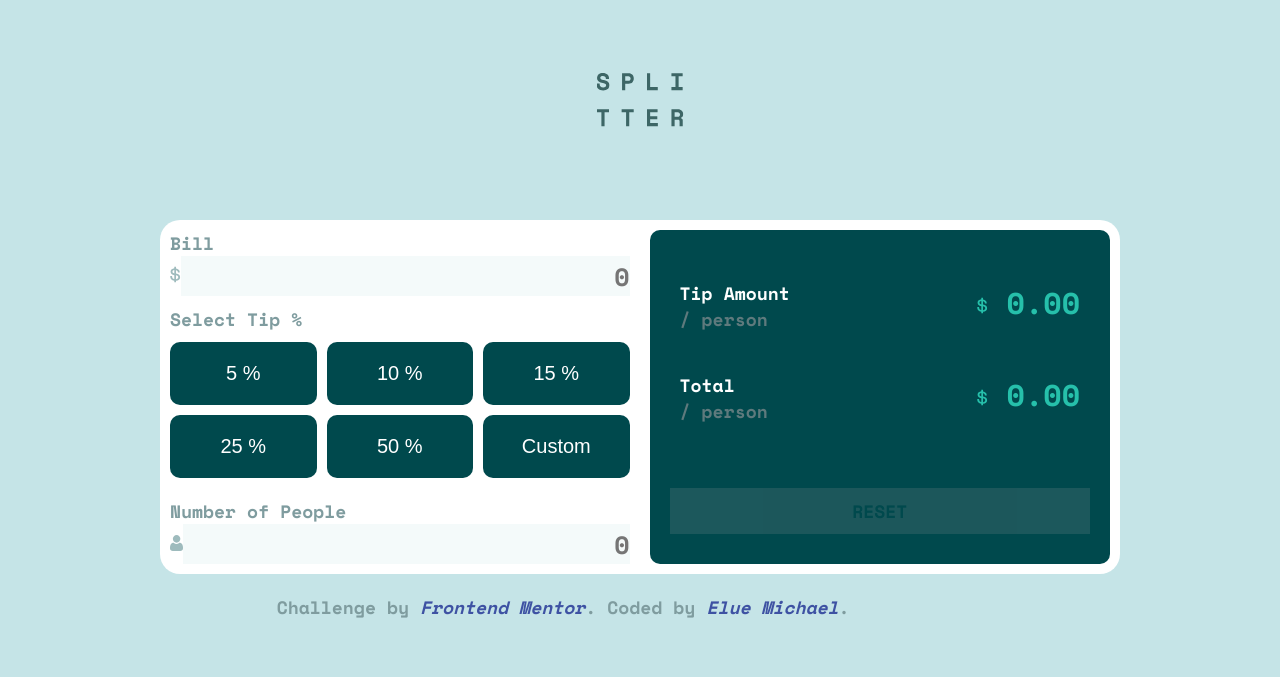
Repository: MeekyBerry/Frontend-Mentor-Challenges
Page: tip-calculator-app/index.html
The author's editor kept a copy of each file at every save. The page is drawn from the files as they stood at one save, then again after the next save.
The browser window is 1280 px wide. The pictures show the whole page.

Above is the page before, as saved 2023-03-28 03:15:23.

### tip-calculator-app/index.html
<!DOCTYPE html>
<html lang="en">

<head>
  <meta charset="UTF-8">
  <meta name="viewport" content="width=device-width, initial-scale=1.0">
  <link rel="icon" type="image/png" sizes="32x32" href="./css/images/favicon-32x32.png">
  <title> Tip calculator app</title>
  <link rel="stylesheet" href="./css/style.css">
  <script src="./script.js" defer></script>
</head>

<body>
  <div class="heading-logo">
    <img src="./css/images/logo.svg" alt="Logo" class="logo">
  </div>

  <form id="form" class="background">
    <div class="first-container">
      <div class="bill-container">
        <label for="bill">Bill</label>
        <div class="icon-box">
          <div>
            <img src="./css/images/icon-dollar.svg" alt="Dollar Icon">
          </div>
          <input type="number" id="bill" placeholder="0" class="bill-input input-bar">
        </div>
      </div>

      <div class="tip">
        <div>Select Tip %</div>
        <div class="percent-container">
          <button type="button" class="percent five">5 %</button>
          <button type="button" class="percent ten">10 %</button>
          <button type="button" class="percent fiftheen">15 %</button>
          <button type="button" class="percent twenty-five">25 %</button>
          <button type="button" class="percent fifty">50 %</button>
          <button type="button" class="percent custom" id="cst-btn">Custom</button>
        </div>
      </div <div>
      <label for="number">Number of People</label>
      <div class="icon-box">
        <div>
          <img src="./css/images/icon-person.svg" alt="Person Icon">
        </div>
        <input type="number" id="number" class="number-input input-bar" placeholder="0">
      </div>
    </div>
    </div>

    <div class="second-container">
      <div class="amount">
        <p>Tip Amount <span class="person">/ person</span></p>
        <div class="digit">
          <svg xmlns="http://www.w3.org/2000/svg" width="11" height="17">
            <path fill="var(--Strong-cyan)"
              d="M6.016 16.328v-1.464c1.232-.08 2.22-.444 2.964-1.092.744-.648 1.116-1.508 1.116-2.58v-.144c0-.992-.348-1.772-1.044-2.34-.696-.568-1.708-.932-3.036-1.092V4.184c.56.144 1.012.4 1.356.768.344.368.516.816.516 1.344v.288h1.824v-.432c0-.448-.088-.876-.264-1.284a3.783 3.783 0 00-.744-1.116A4.251 4.251 0 007.54 2.9a5.324 5.324 0 00-1.524-.492V.872H4.288V2.36a5.532 5.532 0 00-1.416.324c-.448.168-.84.392-1.176.672-.336.28-.604.616-.804 1.008-.2.392-.3.844-.3 1.356v.144c0 .96.316 1.708.948 2.244.632.536 1.548.884 2.748 1.044v3.912c-.704-.16-1.248-.472-1.632-.936-.384-.464-.576-1.08-.576-1.848v-.288H.256v.576c0 .464.08.924.24 1.38.16.456.404.88.732 1.272.328.392.744.728 1.248 1.008s1.108.476 1.812.588v1.512h1.728zM4.288 7.424c-.688-.128-1.164-.332-1.428-.612-.264-.28-.396-.644-.396-1.092 0-.464.176-.832.528-1.104.352-.272.784-.448 1.296-.528v3.336zm1.728 5.712V9.344c.768.128 1.328.328 1.68.6.352.272.528.688.528 1.248 0 .544-.196.984-.588 1.32-.392.336-.932.544-1.62.624z" />
          </svg>
          <span id="tip-amount">0.00</span>
        </div>
      </div>

      <div class="amount">
        <p>Total <span class="person">/ person</span></p>
        <div class="digit">
          <svg xmlns="http://www.w3.org/2000/svg" width="11" height="17">
            <path fill="var(--Strong-cyan)"
              d="M6.016 16.328v-1.464c1.232-.08 2.22-.444 2.964-1.092.744-.648 1.116-1.508 1.116-2.58v-.144c0-.992-.348-1.772-1.044-2.34-.696-.568-1.708-.932-3.036-1.092V4.184c.56.144 1.012.4 1.356.768.344.368.516.816.516 1.344v.288h1.824v-.432c0-.448-.088-.876-.264-1.284a3.783 3.783 0 00-.744-1.116A4.251 4.251 0 007.54 2.9a5.324 5.324 0 00-1.524-.492V.872H4.288V2.36a5.532 5.532 0 00-1.416.324c-.448.168-.84.392-1.176.672-.336.28-.604.616-.804 1.008-.2.392-.3.844-.3 1.356v.144c0 .96.316 1.708.948 2.244.632.536 1.548.884 2.748 1.044v3.912c-.704-.16-1.248-.472-1.632-.936-.384-.464-.576-1.08-.576-1.848v-.288H.256v.576c0 .464.08.924.24 1.38.16.456.404.88.732 1.272.328.392.744.728 1.248 1.008s1.108.476 1.812.588v1.512h1.728zM4.288 7.424c-.688-.128-1.164-.332-1.428-.612-.264-.28-.396-.644-.396-1.092 0-.464.176-.832.528-1.104.352-.272.784-.448 1.296-.528v3.336zm1.728 5.712V9.344c.768.128 1.328.328 1.68.6.352.272.528.688.528 1.248 0 .544-.196.984-.588 1.32-.392.336-.932.544-1.62.624z" />
          </svg>
          <span id="total">0.00</span>
        </div>
      </div>
      <div class="btn-wrapper">
        <button type="reset" id="reset" class="btn">Reset</button>
      </div>
    </div>
  </form>

  <div class="attribution">
    Challenge by <a href="https://www.frontendmentor.io?ref=challenge" target="_blank">Frontend Mentor</a>.
    Coded by <a href="https://www.frontendmentor.io/profile/MeekyBerry" target="_blank">Elue Michael</a>.
  </div>
</body>

</html>

### tip-calculator-app/css/style.css
@import url("https://fonts.googleapis.com/css2?family=Space+Mono:wght@400;700&display=swap");

:root {
  /* ### Primary */
  --Strong-cyan: hsl(172, 67%, 45%);
  /* ### Neutral */
  --Very-dark-cyan: hsl(183, 100%, 15%);
  --Dark-grayish-cyan: hsl(186, 14%, 43%);
  --Grayish-cyan: hsl(184, 14%, 56%);
  --Light-grayish-cyan: hsl(185, 41%, 84%);
  --Very-light-grayish-cyan: hsl(189, 41%, 97%);
  --White: hsl(0, 0%, 100%);
  --dark-blue: hsl(228, 45%, 44%);
}

html {
  font-size: 50%;
}

*,
::before,
::after {
  margin: 0;
  padding: 0;
  box-sizing: border-box;
}

body {
  font-size: 1.8rem;
  font-family: "Space Mono", sans-serif;
  font-weight: 700;
  background-color: var(--Light-grayish-cyan);
  color: var(--Grayish-cyan);
  height: 100%;
  width: 100%;
}

.heading-logo {
  height: 20rem;
  width: 100%;
  position: relative;
}

.logo {
  position: absolute;
  top: 50%;
  left: 50%;
  transform: translate(-50%, -50%);
}

.background {
  display: flex;
  flex-direction: column;
  justify-content: space-around;
  background-color: var(--White);
  height: 80rem;
  width: 100%;
  border-radius: 2rem;
}

label {
  display: block;
}

.icon-box {
  display: flex;
  align-items: center;
}

.input-bar {
  width: 100%;
  height: 4rem;
  border: none;
  font-size: 2.5rem;
  font-family: "Space Mono", sans-serif;
  font-weight: 700;
  background: var(--Very-light-grayish-cyan) no-repeat;
  text-align: end;
}

.input-bar:focus {
  outline-color: var(--Strong-cyan);
}

.input-bar::placeholder {
  text-align: end;
}

/* Remove Arrows/Spinners ON INPUT */
input::-webkit-outer-spin-button,
input::-webkit-inner-spin-button {
  -webkit-appearance: none;
}

/* Firefox */
input[type="number"] {
  -moz-appearance: textfield;
}

.tip {
  padding: 1rem 0;
}

.percent-container {
  display: grid;
  grid-template-columns: repeat(2, 1fr);
  grid-template-rows: repeat(3, 1fr);
  grid-template-areas:
    "five ten"
    "fiftheen twentyFive"
    "fifty custom";
  gap: 1rem;
  padding: 1rem 0;
}

.percent {
  background-color: var(--Very-dark-cyan);
  color: var(--White);
  text-align: center;
  padding: 2rem;
  border-radius: 1rem;
  border: none;
  font-size: 2rem;
  width: 100%;
}

.percent:active {
  background-color: var(--Strong-cyan);
  color: var(--Very-dark-cyan);
  font-weight: 700;
}

.five {
  grid-area: five;
}

.ten {
  grid-area: ten;
}

.fiftheen {
  grid-area: fiftheen;
}

.twenty-five {
  grid-area: twentyFive;
}

.fifty {
  grid-area: fifty;
}

.custom {
  grid-area: custom;
}

.custom-input {
  background-color: var(--Very-light-grayish-cyan);
  border: none;
  border-radius: 1rem;
  padding: 1rem;
  font-size: 2rem;
  font-weight: 700;
  text-align: center;
  width: 100%;
}

.custom-input:focus {
  outline-color: var(--Strong-cyan);
}

.second-container {
  background-color: var(--Very-dark-cyan);
  border-radius: 1rem;
  padding: 3rem 2rem;
}

.amount {
  display: flex;
  justify-content: space-between;
  padding: 2rem 1rem;
}

p {
  color: var(--White);
}

.person {
  display: block;
  font-size: 1.8rem;
  color: var(--Dark-grayish-cyan);
}

.digit {
  color: var(--Strong-cyan);
  font-size: 3rem;
}

.dollar {
  filter: var(--Strong-cyan);
}

.btn {
  width: 100%;
  padding: 1rem;
  background-color: var(--Dark-grayish-cyan);
  color: var(--Very-dark-cyan);
  border: none;
  text-transform: uppercase;
  font-size: 1.8rem;
  font-weight: 700;
  font-family: "Space Mono", sans-serif;
  opacity: 0.3;
}

.attribution {
  font-size: 1.8rem;
  text-align: center;
  width: 88%;
}

.attribution a {
  color: var(--dark-blue);
  text-decoration: none;
  font-style: italic;
}

@media only screen and (min-width: 1000px) {
  html {
    font-size: 62.5%;
  }

  .background {
    width: 75%;
    height: 75%;
    margin: 2rem auto;
    flex-direction: row;
    gap: 2rem;
    padding: 1rem;
  }

  .first-container {
    display: flex;
    flex-direction: column;
    justify-content: space-around;
    width: 50%;
  }

  .percent-container {
    grid-template-columns: repeat(3, 1fr);
    grid-template-rows: repeat(2, 1fr);
    grid-template-areas:
      "five ten fiftheen"
      "twentyFive fifty custom";
  }

  .second-container {
    display: flex;
    flex-direction: column;
    width: 50%;
  }

  .btn-wrapper {
    margin-top: auto;
  }
}

### tip-calculator-app/script.js
// 1. Get the bill amount from the input field
const billInput = document.getElementById('bill');
// 2. Get the tip percentage from the Button array
const tipButtons = document.querySelectorAll('.percent');
// 2.1. The percentage array contains a Custom button which toggles to input field when clicked
const customButton = document.querySelector('.custom');
// 2.2. Get the custom percentage from the input field
const customInput = document.createElement('input');
// Add style class to created customInput element
customInput.classList.add('custom-input');
// 3. Get the number of people from the input field
const peopleInput = document.getElementById('number')
// 4. Calculate the tip amount per person;
const tipAmountSpan = document.getElementById('tip-amount');
// 5. Calculate the total cost per person
const totalAmountSpan = document.getElementById('total');
// 6. Display the tip amount per person
const resetButton = document.getElementById('reset');


let bill = 0;
let tipPercentage = 0;
let customPercentage = 0;
let people = 0;

let inputPeople = false;
let error = true;

// add input validation for bill and people fields
billInput.addEventListener('input', () => {
    bill = Number(billInput.value);
    calculateTip();
});

peopleInput.addEventListener('input', () => {
    people = Number(peopleInput.value);
    calculateTip();
});

// add event listeners for tip buttons
tipButtons.forEach(button => {
    button.addEventListener('click', () => {
        if (button.classList.contains('custom')) {
            customInput.type = 'number';
            customInput.min = 1;
            customInput.placeholder = 'Custom';
            customInput.value = '';
            customInput.classList.add('custom-input');
            button.parentNode.replaceChild(customInput, button);
            customInput.focus();
        } else {
            tipPercentage = Number(button.textContent.replace('%', ''));
            calculateTip();
        }
    });
});

// add event listener for custom input
customInput.addEventListener('input', () => {
    customPercentage = Number(customInput.value);
    calculateTip();
});

// add event listener for reset button
resetButton.addEventListener('click', () => {
    billInput.value = '';
    peopleInput.value = '';
    tipAmountSpan.textContent = '$0.00';
    totalAmountSpan.textContent = '$0.00';
    bill = 0;
    tipPercentage = 0;
    customPercentage = 0
    people = 0;
    customInput.parentNode.replaceChild(customButton, customInput);
});

// calculate tip and total amount
const calculateTip = () => {
    if (people > 0) {
        inputPeople = true;
        let tip = (bill * (tipPercentage + customPercentage)) / 100;
        let total = bill + tip;
        let tipPerPerson = tip / people;
        let totalPerPerson = total / people;
        tipAmountSpan.textContent = `$${tipPerPerson.toFixed(2)}`;
        totalAmountSpan.textContent = `$${totalPerPerson.toFixed(2)}`;
    }
};







// const BILL = document.querySelector('.bill-input');
// const TIP_PERCENT = document.querySelectorAll('.percent');
// const PEOPLE = document.querySelector('.number-input');
// const TOTAL_BILL = document.getElementById('total');
// const TIP_AMOUNT = document.getElementById('tip-amount');
// const CUSTOM = document.querySelector('.custom');
// const CUSTOM_BUTTON = document.getElementById('cst-btn')
// const CUSTOM_INPUT = document.getElementById('cst-input')
// const RESET = document.getElementById('reset');

// let billValue;
// let person;
// let customValue;
// let custom = 0;

// let myArray = [5, 10, 15, 25, 50, custom];
// let tipAmount = 0;

// let error = true;
// let inputPeople = false;

// const calculateHandler = () => {
//     if (inputPeople) {
//         let amount = (billValue + tipAmount) / person;
//         TOTAL_BILL.textContent = `${amount.toFixed(2)}`;
//     }
// };

// BILL.addEventListener('change', () => {
//     error = !error;
//     billValue = parseFloat(BILL.value);
//     TIP_PERCENT.forEach((el, idx) => {
//         let percent = myArray[idx];
//         el.addEventListener('click', (e) => {
//             let target = e.target;
//             if (target.classList.contains('percent')) {
//                 let percent = parseFloat(target.textContent);
//                 if (isNaN(percent)) {
//                     percent = customValue;
//                 } else {
//                     customValue = 0;
//                 }
//                 // if (CUSTOM.firstElementChild === CUSTOM_INPUT && idx === 5) {
//                 //     CUSTOM_INPUT.addEventListener('change', () => {
//                 //         customValue = parseFloat(CUSTOM_INPUT.value);
//                 //         tipAmount = CUSTOM_INPUT.value * (percent / 100);
//                 //         TIP_AMOUNT.textContent = `${tipAmount.toFixed(2)}`;
//                 //         calculateHandler();
//                 //     })
//                 // }
//                 tipAmount = billValue * (percent / 100);
//                 TIP_AMOUNT.textContent = `${tipAmount.toFixed(2)}`;
//                 calculateHandler();
//             }
//         });
//     });
// });


//     // billValue = +BILL.value;
//     // TIP_PERCENT.forEach((el, idx) => {
//     //     let percent = myArray[idx];
//     //     el.addEventListener('click', () => {
//     //         if (CUSTOM.firstElementChild === CUSTOM_INPUT && idx === 5) {
//     //             CUSTOM_INPUT.addEventListener('change', () => {
//     //                 customValue = +CUSTOM_INPUT.value;
//     //                 tipAmount = CUSTOM_INPUT.value * (+percent / 100);
//     //                 TIP_AMOUNT.textContent = `${tipAmount.toFixed(2)}`;
//     //                 calculateHandler();
//     //             })
//     //         }
//     //         tipAmount = BILL.value * (+percent / 100);
//     //         TIP_AMOUNT.textContent = `${tipAmount}`;
//     //         calculateHandler();
//     //     });
//     // });

// // TIP_PERCENT.addEventListener('click', (e) => {
// //     let target = e.target;
// //     if (target.classList.contains('percent')) {
// //       let percent = parseFloat(target.textContent);
// //       if (isNaN(percent)) {
// //         percent = customValue;
// //       } else {
// //         customValue = 0;
// //       }
// //       tipAmount = billValue * (percent / 100);
// //       TIP_AMOUNT.textContent = `${tipAmount.toFixed(2)}`;
// //       calculateHandler();
// //     }
// //   });


// PEOPLE.addEventListener('input', () => {
//     // inputPeople = !inputPeople;
//     // person = +PEOPLE.value;
//     // if (!error) {
//     //     calculateHandler();
//     // }
//  inputPeople = true;
//   person = parseFloat(PEOPLE.value);
//   if (!error && person > 0) {
//     calculateHandler();
//   } else {
//     TOTAL_BILL.textContent = '0.00';
//   }
// });

// CUSTOM.addEventListener('click', () => {
//     // if (CUSTOM.firstElementChild === CUSTOM_BUTTON) {
//     //     CUSTOM.innerHTML = `<input type="number" id="cst-input" class="percent cst" />`
//     // }
//     if (CUSTOM.firstElementChild === CUSTOM_BUTTON) {
//         // CUSTOM.innerHTML = `<input type="number" id="cst-input" class="percent cst" />`
//         CUSTOM.innerHTML = `<input type="number" class="percent cst" />`;
//         CUSTOM_INPUT.addEventListener('change', () => {
//           customValue = parseFloat(CUSTOM_INPUT.value);
//           TIP_PERCENT.lastElementChild.textContent = `${customValue}%`;
//           tipAmount = billValue * (customValue / 100);
//           TIP_AMOUNT.textContent = `${tipAmount.toFixed(2)}`;
//           calculateHandler();

//         });
//       }
// })

// RESET.addEventListener('click', () => {
//     // BILL.value = '';
//     // PEOPLE.value = '';
//     // TIP_AMOUNT.textContent = '0.00';
//     // TOTAL_BILL.textContent = '0.00';
//     CUSTOM.innerHTML = `<button id="cst-btn" class="percent cst">Custom</button>`;
//     BILL.value = '';
//     PEOPLE.value = '';
//     TIP_AMOUNT.textContent = '0.00';
//     TOTAL_BILL.textContent = '0.00';
//     inputPeople = false;
//     customValue = 0;
//     tipAmount = 0;
// });

After the next save:
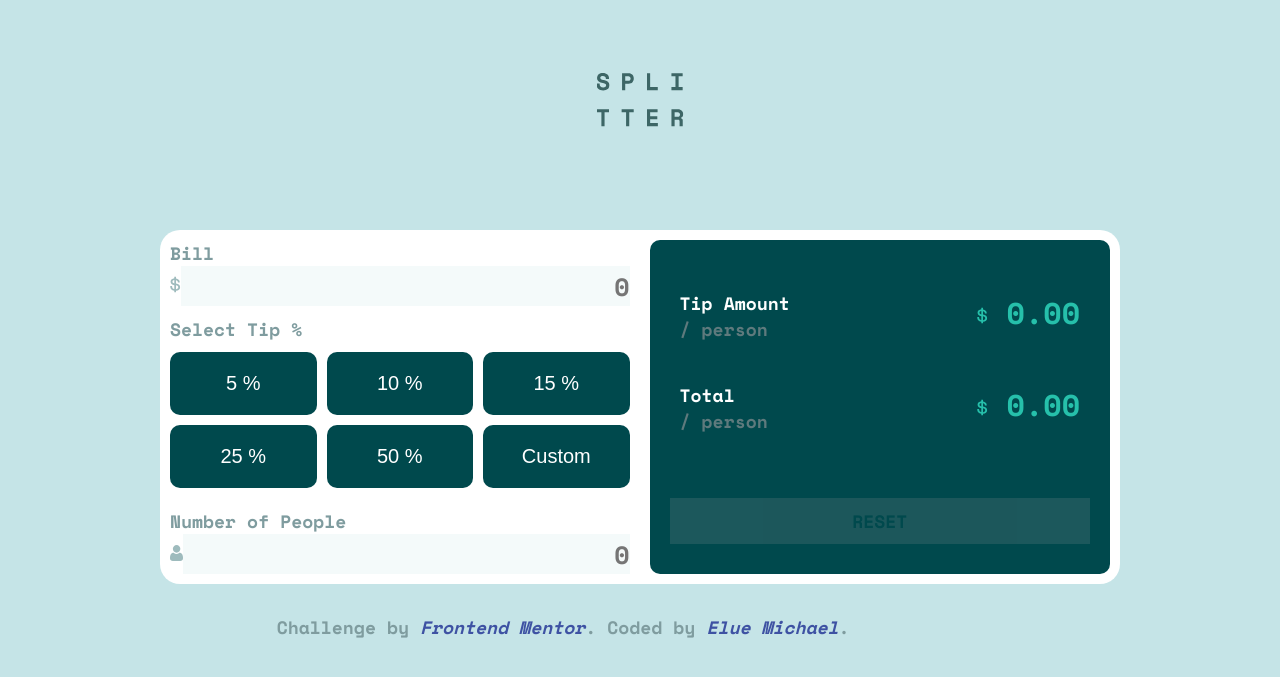
Saved 28 s later.
--- a/tip-calculator-app/css/style.css
+++ b/tip-calculator-app/css/style.css
@@ -233,7 +233,7 @@ p {
   .background {
     width: 75%;
     height: 75%;
-    margin: 2rem auto;
+    margin: 3rem auto;
     flex-direction: row;
     gap: 2rem;
     padding: 1rem;
